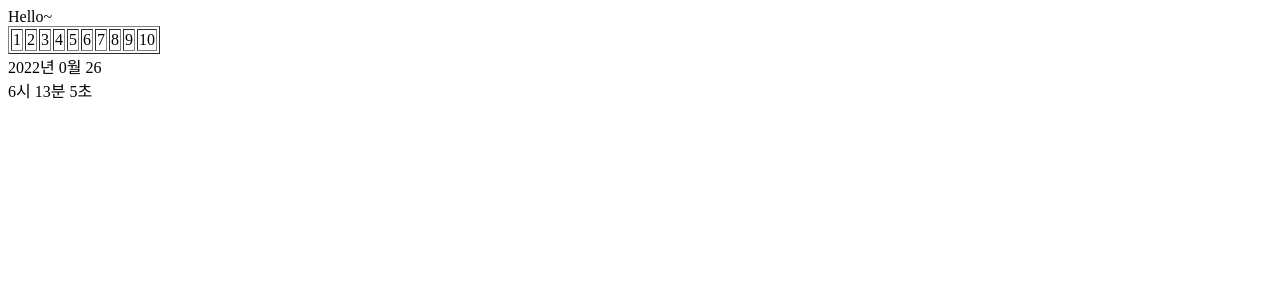
Repository: HeonchanKim/smhrd_jsp
Page: http://localhost/JSP/ex02.jsp
An editor plug-in stored every save of this project. The page is shown before and after the next save, followed by the edit.
The browser window is 1280 px wide. The pictures show the whole page.
The page is served by Tomcat 9.

Above is the page before, as saved 2022-01-28 06:42:01.

After the next save:
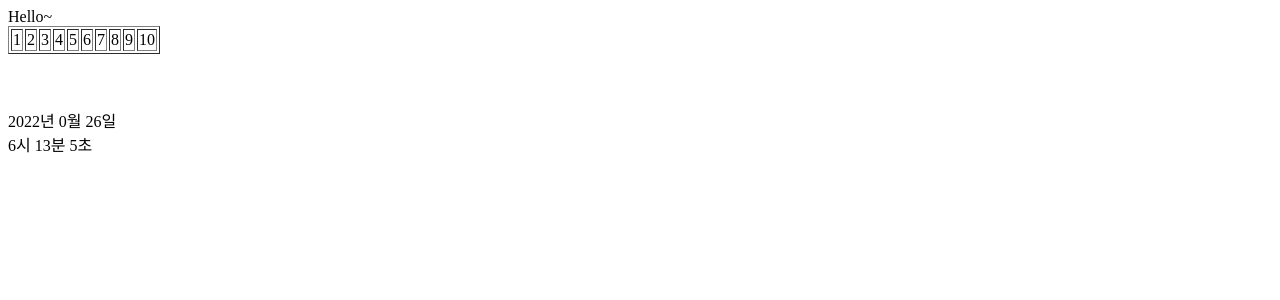
Saved 19 s later.
--- a/JSP/src/main/webapp/ex02.jsp
+++ b/JSP/src/main/webapp/ex02.jsp
@@ -24,6 +24,8 @@
 		</tr>
 	</table>
 
+	<br><br><br>
+
 	<%
 		GregorianCalendar gre = new GregorianCalendar(Locale.KOREA);
 		//현재 날짜와 시간을 가져오는 객체
@@ -37,7 +39,7 @@
 
 	%>
 
-	<%= year %>년 <%= month %>월 <%=date %><br>
+	<%= year %>년 <%= month %>월 <%=date %>일<br>
 	<%= hour %>시 <%= min %>분 <%= sec %>초
 
 
